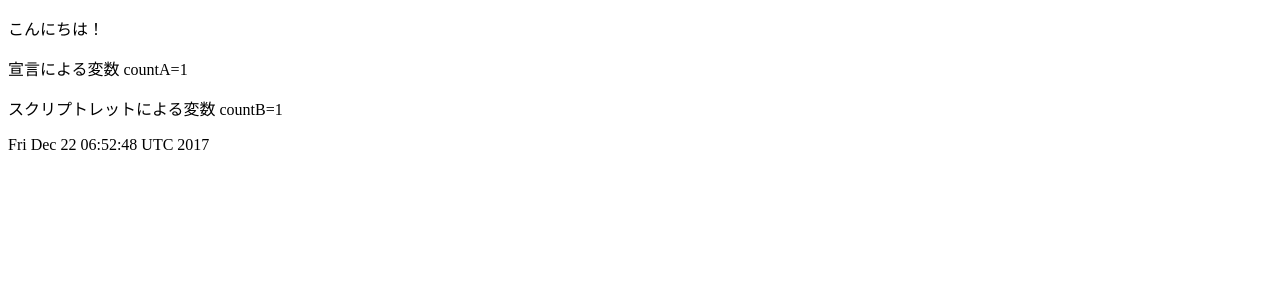
Repository: nununukibook/backup
Page: http://localhost/HelloJSP/
The author's editor kept a copy of each file at every save. The page is drawn from the files as they stood at one save, then again after the next save.
The browser window is 1280 px wide. The pictures show the whole page.
The page is served by Tomcat 9.

Above is the page before, as saved 2017-12-26 04:31:44.

### HelloJSP/WebContent/index.jsp
<%@ page language="java" contentType="text/html; charset=UTF-8"
    pageEncoding="UTF-8"%>
<!DOCTYPE html>
<html>
<head>
<meta charset=UTF-8">
<title>TEST</title>
</head>
<body>
<p>こんにちは！</p>
<%!static int countA=0;%>
<%
int countB=0;
countA++;
countB++;
%>

<p>宣言による変数 countA=<%=countA %></p>
<p>スクリプトレットによる変数 countB=<%=countB %></p>

<% out.println(new java.util.Date()); %>
</body>
</html>

After the next save:
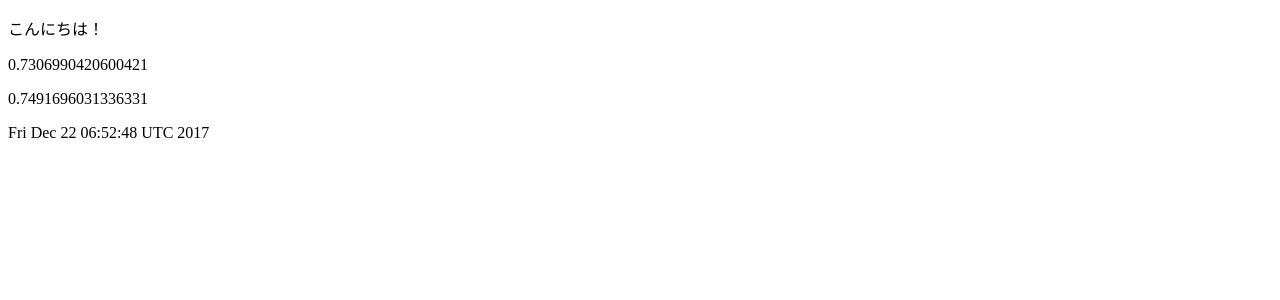
Saved 3 min 41 s later.
--- a/HelloJSP/WebContent/index.jsp
+++ b/HelloJSP/WebContent/index.jsp
@@ -8,15 +8,8 @@
 </head>
 <body>
 <p>こんにちは！</p>
-<%!static int countA=0;%>
-<%
-int countB=0;
-countA++;
-countB++;
-%>
-
-<p>宣言による変数 countA=<%=countA %></p>
-<p>スクリプトレットによる変数 countB=<%=countB %></p>
+<p><%out.println(Math.random()); %></p>
+<p><%=Math.random() %></p>
 
 <% out.println(new java.util.Date()); %>
 </body>
